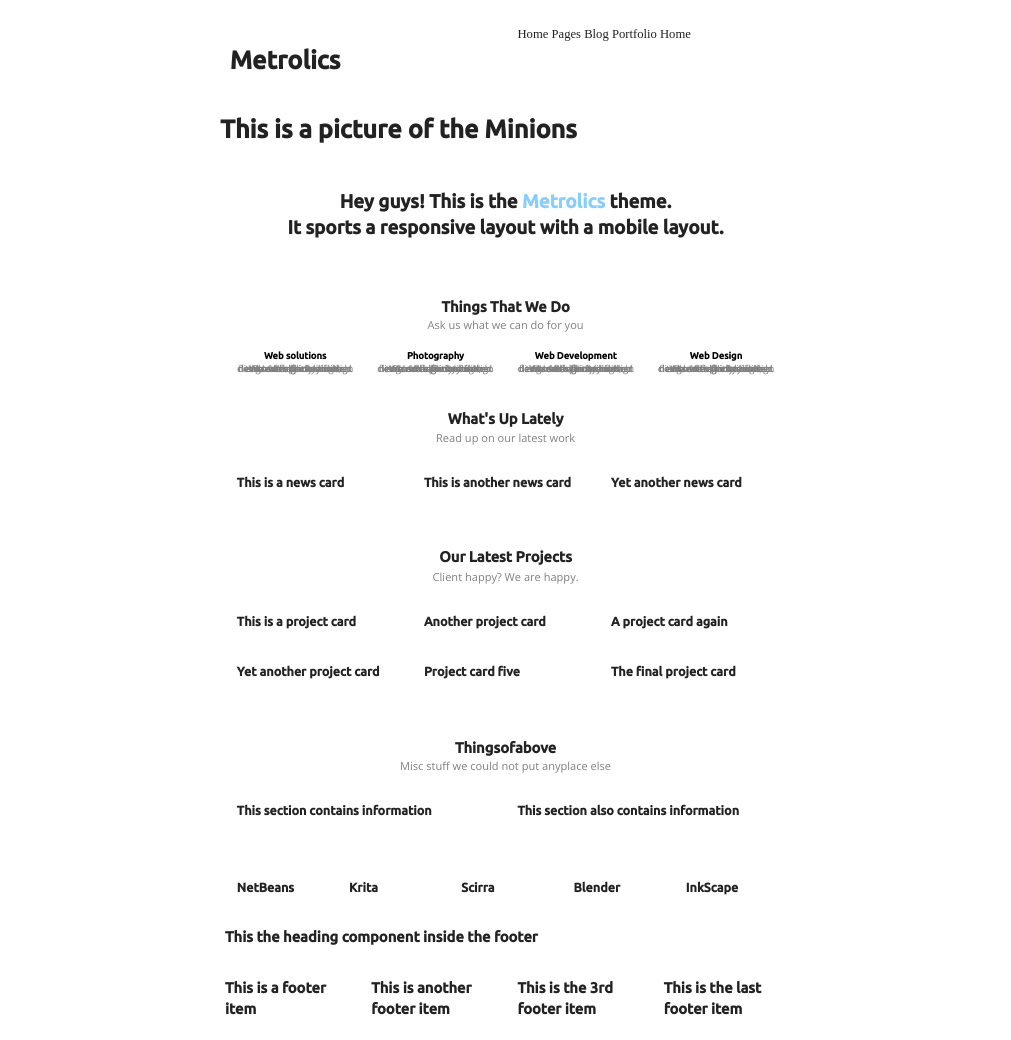
Repository: kennyharman/Marlowe_Kenny_Lab_02B
Page: index.html
An editor plug-in stored every save of this project. The page is shown before and after a run of saves, followed by the edit.
The browser window is 1280 px wide. The pictures show the whole page, at 79% of full size.

Above is the page before, as saved 2024-02-05 16:10:34.

After the next 2 saves:
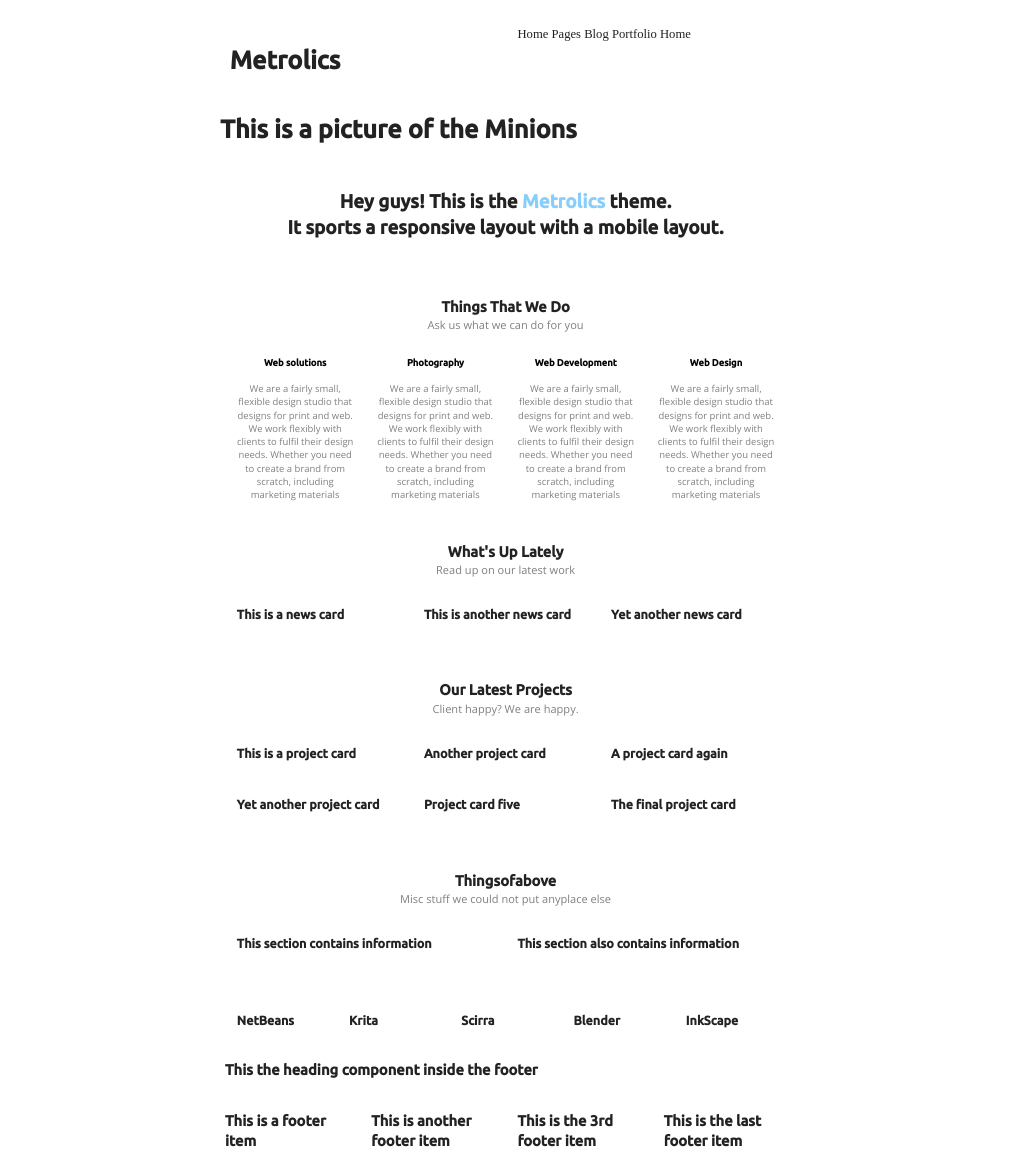
The 2 saves are shown as one change because they came seconds apart.
The last was saved 16 s later.
--- a/css/style.css
+++ b/css/style.css
@@ -318,10 +318,8 @@ p {
 .services-card {
   text-align: center;
   font-size: 12px;
-  padding: 0px;
   color: grey;
   font-family: 'Open Sans', sans-serif;
-  line-height: 0px;
 }
 
 .services-card > h4 {
